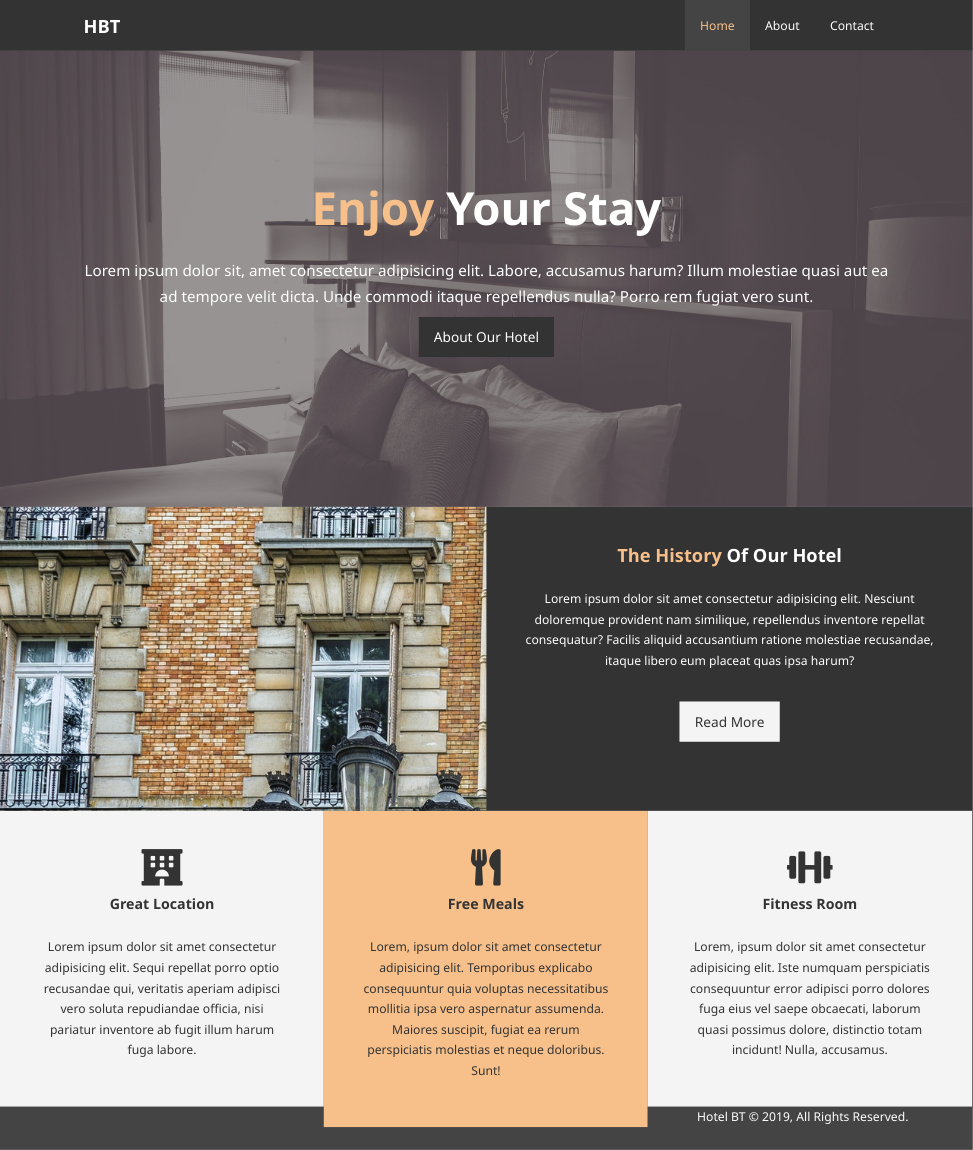
Repository: minhtien9/hotel-website
Page: index.html
An editor plug-in stored every save of this project. The page is shown before and after the next save, followed by the edit.
The browser window is 1280 px wide. The pictures show the whole page, at 76% of full size.

Above is the page before, as saved 2021-08-14 18:02:06.

After the next save:
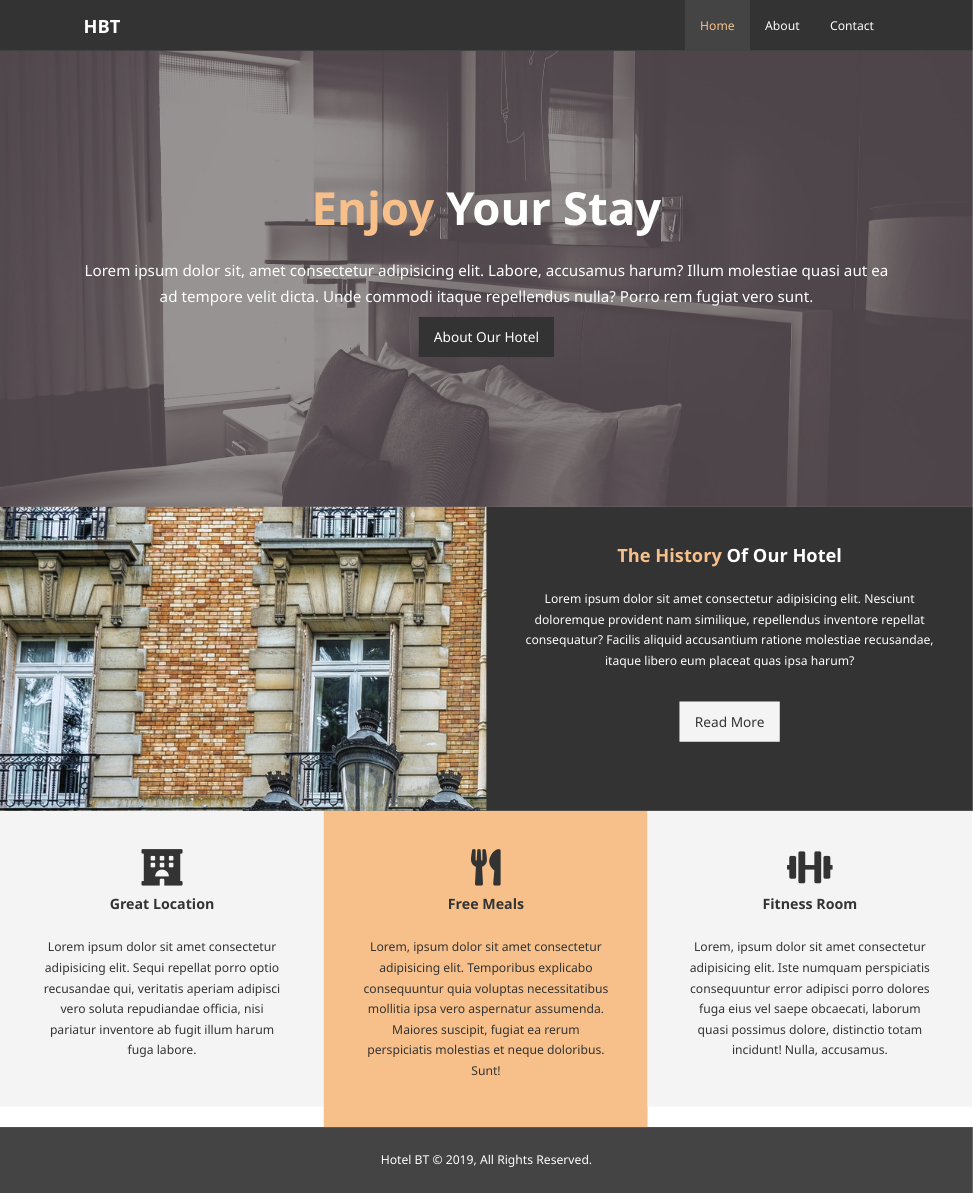
Saved 17 s later.
--- a/index.html
+++ b/index.html
@@ -72,6 +72,7 @@
             </p>
         </div>
     </section>
+    <div class="clr"></div>
     <footer id="main-footer">
         <p>Hotel BT &copy; 2019, All Rights Reserved.</p>
     </footer>
